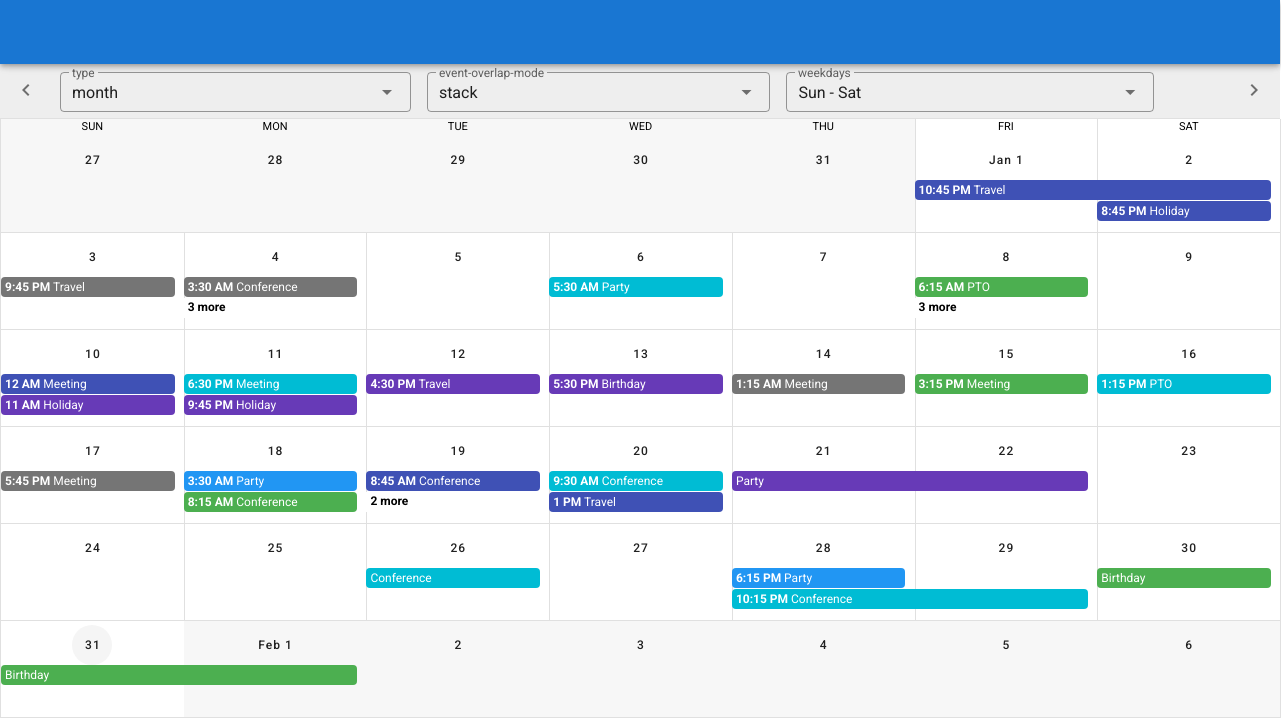
Repository: Shinobi247/OO-Calenda-events
Page: /
The author's editor kept a copy of each file at every save. The page is drawn from the files as they stood at one save, then again after the next save.
The browser window is 1280 px wide. The page is 1281 px wide, so the pictures cover 1281 px, including what lies to the right of the window. The pictures show the whole page.
The project was rebuilt for these pictures with package versions that can differ from the ones it lists, and the page was loaded fresh each time. Also part of the build but not shown: vue.config.js.

Above is the page before, as saved 2021-02-01 14:52:26.

After the next save:
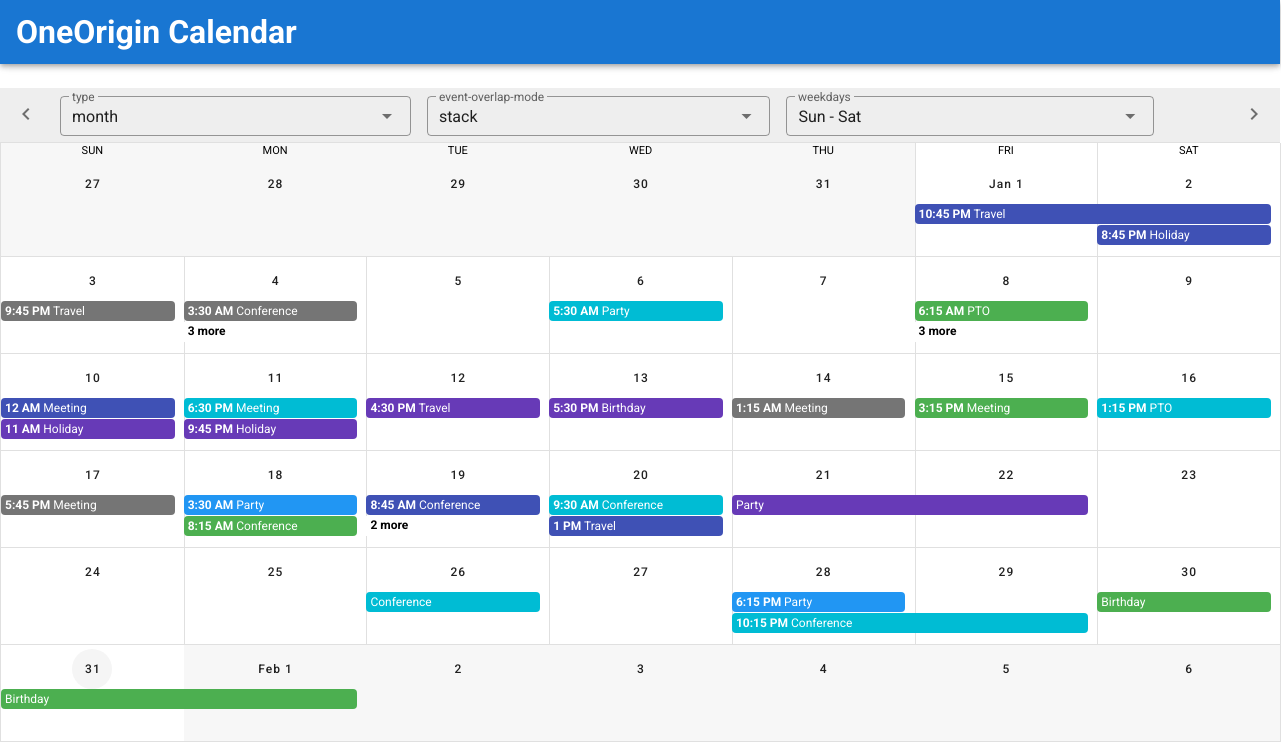
Saved 3 min 31 s later.
--- a/src/App.vue
+++ b/src/App.vue
@@ -20,7 +20,7 @@
           width="100"
         />
       </div> -->
-
+      <h1>OneOrigin Calendar</h1>
       <v-spacer></v-spacer>
 
       <!-- <v-btn
@@ -32,6 +32,7 @@
         <v-icon>mdi-open-in-new</v-icon>
       </v-btn> -->
     </v-app-bar>
+    <br />
 
     <v-main>
       <Calendar />
